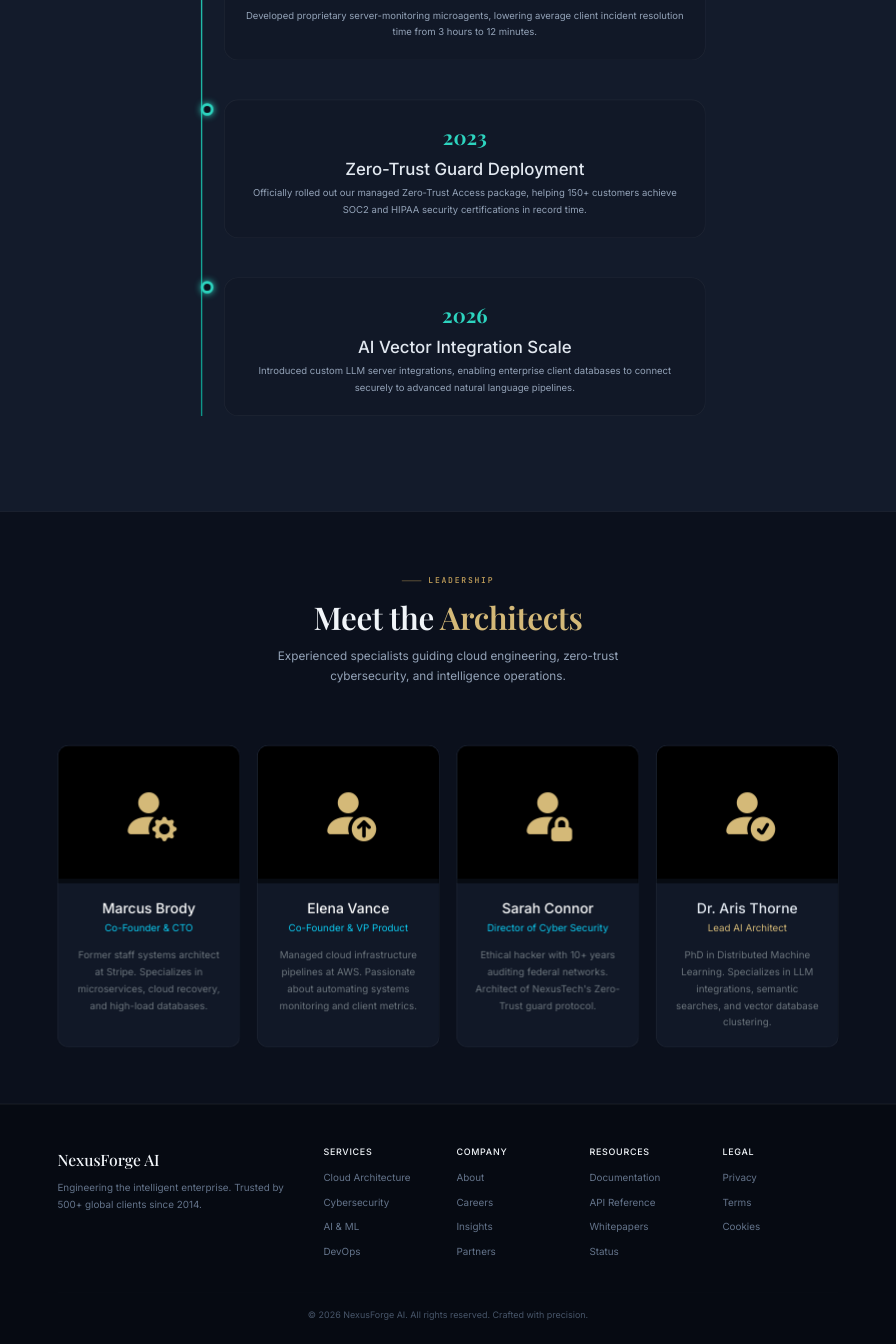
Repository: ruzni-dev/project-showcase
Page: pages/52-IT-Solutions-Website/pages/about.html
These files come from the project's save history. The page is drawn as it stood at one moment and after the next save; the edit follows.
The browser window is 1280 px wide. The pictures show the part of the page from y = 1405 to 3325 px (the page is 3325 px tall), at 70% of full size.
Some web fonts or font styles are not loaded; a fallback is used.

Above is the page before, as saved 2026-05-24 23:26:00.

After the next save:
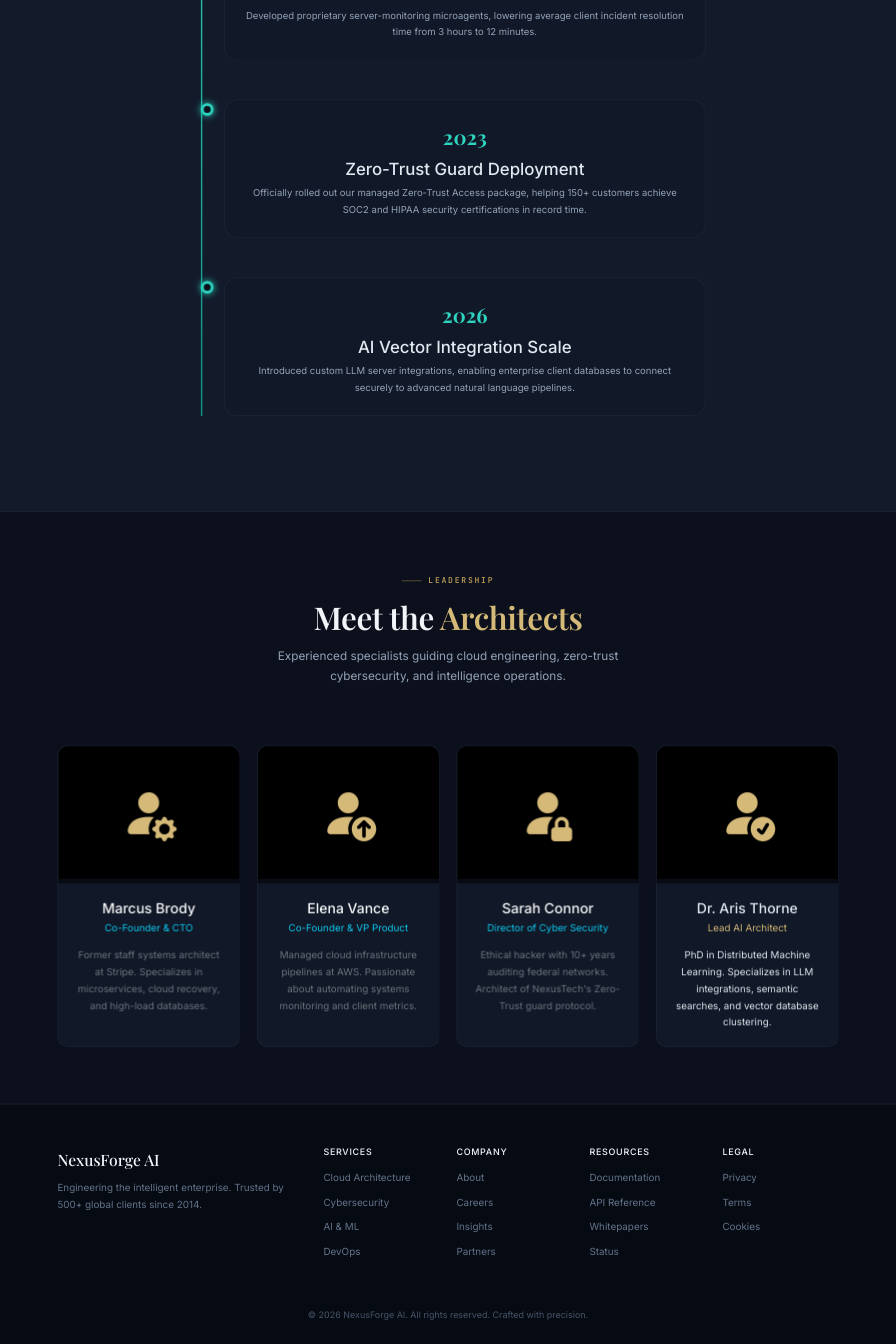
Saved 33 s later.
--- a/pages/52-IT-Solutions-Website/pages/about.html
+++ b/pages/52-IT-Solutions-Website/pages/about.html
@@ -239,7 +239,7 @@
                             <div class="p-4 text-center">
                             <h5 class="mb-1">Dr. Aris Thorne</h5>
                             <p class="gold-text small mb-3">Lead AI Architect</p>
-                            <p class="text-secondary small mb-0">PhD in Distributed Machine Learning. Specializes in LLM integrations, semantic searches, and vector database clustering.</p>
+                            <p class="small mb-0">PhD in Distributed Machine Learning. Specializes in LLM integrations, semantic searches, and vector database clustering.</p>
                         </div>
                     </div>
                 </div>
